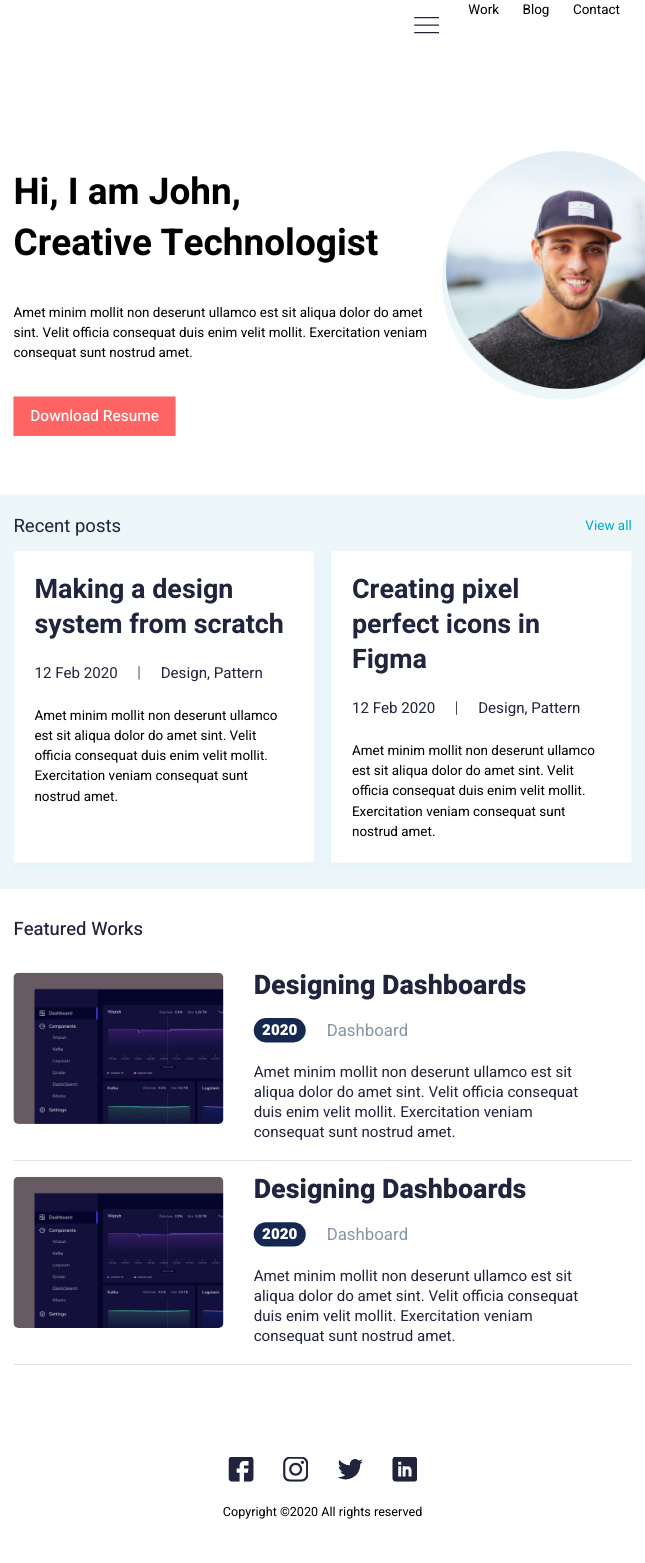
Repository: sharma171/portfolio
Page: /
The author's editor kept a copy of each file at every save. The page is drawn from the files as they stood at one save, then again after the next save.
The browser window is 768 px wide. The pictures show the whole page, at 84% of full size.
The project was rebuilt for these pictures with package versions that can differ from the ones it lists, and the page was loaded fresh each time. The framework's server and built-in components were replaced by stand-ins that run in the browser. Also part of the build but not shown: next.config.mjs.

Above is the page before, as saved 2024-06-02 23:13:44.

### src/app/layout.js

import "./globals.css";


export const metadata = {
  title: "Portfolio Website",
  description: "Blogging and projects site",
};

export default function RootLayout({ children }) {
  return (
    <html lang="en">
      <body>{children}</body>
    </html>
  );
}

### src/app/page.js
import "./page.css";
import Header from "../components/Header";
import Hero from "../components/Hero";
import HomeBlog from "../components/HomeBlog";
import Featured from "../components/Featuredworks";
import Footer from "../components/Footer"

export default function Home() {
  return (
    <main className="main">
      <Header />
      <Hero />
      <HomeBlog />
      <section className="featured-home">
        <div className="container">
          <div className="top-heading">
            <h3 className="head">
              Featured Works
            </h3>
          </div>
            <Featured/>
        </div>
      </section>
      <Footer />
    </main>
  );
}

### src/app/globals.css
@import url('https://fonts.googleapis.com/css2?family=Heebo:wght@100..900&display=swap');

:root {
  --max-width: 1180px;
  --border-radius: 12px;
  --font-mono: ui-monospace, Menlo, Monaco, "Cascadia Mono", "Segoe UI Mono",
    "Roboto Mono", "Oxygen Mono", "Ubuntu Monospace", "Source Code Pro",
    "Fira Mono", "Droid Sans Mono", "Courier New", monospace;
  --main-font: "Heebo", sans-serif;
  --weight--300: 300;
  --weight--400: 400;
  --weight--500: 500;
  --weight--600: 600;
  --weight--700: 700;
  --weight--800: 800;
  --weight--900: 900;
  --hero-button: #FF6464;
  --text-color: #21243D;
}

* {
  box-sizing: border-box;
  padding: 0;
  margin: 0;
}

html,
body {
  max-width: 100vw;
  overflow-x: hidden;
  font-family: var(--main-font);
}

a {
  color: inherit;
  text-decoration: none;
}
.container {
  max-width: var(--max-width);
  margin: 0 auto;
  padding: 0 1rem;
}
header {
  background: #fff;
}
header .header-logo {
  width: 1rem;
  height: auto;
}
.nav {
  display: flex;
  flex-direction: row;
  justify-content:space-between;
  max-width: 1280px;
  margin: 0 auto;
  padding: 0 1rem;
}
.navMenu {
  display: flex;
  flex-direction: row;
  align-items: center;
}
.navMenu .navLink {
  font-size: 1.25rem;
  font-weight: var(--weight--600);
  color: var(--primary-color);
  margin: 30px;
}
/* ------------------------ Footer ---------------------------------------- */
footer {
  background: #fff;
  padding: 50px 0;
}

footer .footer-inner {
  display: flex;
  flex-direction: column;
  justify-content: center;
  align-items: center;
  gap: 18px;
}
footer .social-row {
  display: flex;
  flex-direction: row;
  justify-content: space-between;
  align-items: center;
  gap: 35px;
}
footer .social-row .social .social-img {
  width: 30px;
  image: 30px;
}
footer .footer-inner .copyright {
  font-size: 15px;
}
.mob-menu {
  display: none;
}
@media (max-width: 991px) {
  .navMenu {
    display: none;
  }
  .mob-menu {
    display: flex;
    position: relative;
  }
  .mob-menu .hambmenu {
    margin: 20px;
  }
  .mob-menu .mob-list.active {
    position: absolute;
    top: 100%;
    right: -1rem;
    display: flex;
    flex-direction: column;
    padding: 6px 8px;
    box-shadow: -4px 0px 8px 0px #f1f1f196;
    gap: 8px;
    background: #f5f5f5;
  }
  .mob-menu .mob-list .moblink {
    padding: 4px 14px;
    background: #fff;
  }
}

### src/app/page.css
.main {
  display: flex;
  flex-direction: column;
  min-height: 100vh;
}
/* ----------------- hero section ----------------- */
.hero .hero-row {
  display: flex;
  flex-direction: row;
}
.hero .hero-lhs {
  width: 70%;
}
.hero .hero-lhs .hero-cta {
  display: flex;
  flex-direction: column;
  gap: 40px;
  margin-top: 140px;
  margin-bottom: 70px;
}
.hero .hero-lhs .hero-cta .main-head {
  font-size: 44px;
  line-height: 3.75rem;
  font-weight: 700;
}
.hero .hero-lhs .hero-cta .sub-head {
  font-size: 16px;
  line-height: 1.5rem;
  font-weight: 400;
  max-width: 500px;
}
.hero .hero-lhs .hero-cta .cta-button {
  padding: 14px 20px;
  font-size: 1.15rem;
  line-height: 19px;
  font-weight: 500;
  font-family: "Heebo", sans-serif;
  margin-right: auto;
  background: var(--hero-button);
  color: #fff;
  border: none;
}
.hero .hero-rhs {
  width: 30%;
  display: flex;
  justify-content: flex-start;
  align-items: center;
}
.hero .hero-rhs .hero-img {
  position: relative;
}
.hero .hero-rhs .hero-img .image {
  width: 283px;
  height: 283px;
  z-index: 1;

}
.hero .hero-rhs .hero-img::after {
  content: "";
  position: absolute;
  top: 13px;
  left: -5px;
  width: 283px;
  height: 283px;
  background: #EDF7FA;
  z-index: -1;
  border-radius: 300px;
}

/* -------------------------  Home Blog Section --------------------------------------- */

.home-blog {
  background: #EDF7FA;
}
.home-blog .blog-head {
  display: flex;
  flex-direction: row;
  justify-content: space-between;
  align-items: center;
  margin-top: 7px;
}
.home-blog .blog-head .heading {
  font-size: 22px;
  line-height: 60px;
  font-weight: 400;
  color: var(--text-color);
}
.home-blog .blog-head .more-link {
  font-size: 16px;
  font-weight: 400;
  color: #00A8CC;
}

/* ----------------------- Blog Carousel ----------------------------------------- */
.blog-carousel .blog-image {
  display: none;
}
.blog-carousel {
  display: flex;
  flex-direction:row;
  overflow: hidden;
  max-width: 100%;
  padding-bottom: 32px;
}
.blog-carousel .blog-item {
  background-color: #fff;
  box-shadow: #bbe1fa3d 0 4px 10px 0;
  padding: 25px;
  display: flex;
  flex-direction: column;
  gap: 25px;
}
.blog-carousel .blog-item:nth-child(odd){
  margin-right: 10px;
}
.blog-carousel .blog-item:nth-child(even) {
  margin-left: 10px;
}
.blog-carousel .blog-item .blog-item-head {
  /* margin-bottom: 17px; */
}
.blog-carousel .blog-item .blog-item-head .head {
  font-size: 32px;
  line-height: 1.3em;
  font-weight: 700;
  color: var(--text-color);
}
.blog-carousel .blog-info {
  display: flex;
  flex-direction: row;
  gap: 25px;
  /* margin-bottom: 11px; */
}
.blog-carousel .blog-info .divline {
  width: 1px;
  height: 15.799999999999958px;
  margin-top: 4px;
  background: var(--text-color);
}
.blog-carousel .blog-info .date {
  font-size: 18px;
  line-height: 26px;
  color: var(--text-color);
  font-weight: 400;
}
.blog-carousel .blog-info .author {
  font-size: 18px;
  line-height: 26px;
  color: var(--text-color);
  font-weight: 400;
}
.blog-carousel .blog-info .blog-para .para{
  font-size: 16px;
  line-height: 24px;
  color: var(--text-color);
  font-weight: 400;
}

/* ---------------------------- Featured Works -------------------------------------------------------------------- */

.featured-home {
  background: #fff;
}
.featured-home .top-heading {
  display: flex;
  flex-direction: row;
  justify-content: space-between;
  align-items: center;
  margin-top: 17px;
  margin-bottom: 22px;
}
.featured-home .top-heading .head {
  font-size: 22px;
  color: var(--text-color);
  line-height: 60px;
  font-weight: 500;
}
.workcards {
  display: flex;
  flex-direction: column;
  gap: 40px;
  padding-bottom: 80px;
}
.workcards .card-item {
  display: flex;
  flex-direction: row;
  position: relative;
}
.workcards .card-item::after{
  content: "";
  position: absolute;
  top: calc(100% + 20px);
  left: 0;
  width: 100%;
  height: 1px;
  background: #E0E0E0;
}
.workcards .card-item .card-thumb {
  width: 250px;
  height: 180px;
  margin-right: 18px;
}
.workcards .card-item .card-thumb .thumb-img {
  width: 250px;
  height: 180px;
  object-fit: cover;
  border-radius:6px;
}
.workcards .card-item .card-info {
  display: flex;
  flex-direction: column;
  margin-left: 18px;
  gap: 24px;
}
.workcards .card-item .card-info .heading {
  font-size: 32px;
  font-weight: 800;
  line-height: 30px;
  color: var(--text-color);
}
.workcards .card-item .card-info .info-row {
  display: flex;
  flex-direction: row;
  gap: 25px;
}
.workcards .card-item .card-info .info-row .date {
  font-size: 18px;
  line-height: 17px;
  font-weight: 900;
  padding: 6px 10px 5px 10px;
  border-radius: 16px;
  color: #fff;
  background: #142850;
}
.workcards .card-item .card-info .info-row .topic {
  font-size: 20px;
  color: #8695A4;
}
.workcards .card-item .card-info .info-para {
  font-size: 18px;
  line-height: 24px;
  color: #21243D;
  font-weight: 400;
  width: 90%;
}
/* ------------------------------ Category Pages -------------- */
.work-category .container {
  max-width: 900px;
}
.blog-category .container {
  max-width: 900px;
}
.cat-head {
  padding-top: 80px;
  padding-bottom: 25px;
}
.cat-head h3 {
  font-size: 44px;
  line-height: 60px;
  font-weight: 700;
}
.blog-cards {
  display: flex;
  flex-direction: column;
  gap: 60px;
  padding-bottom: 80px;
}
.blog-cards .card-item {
  display: flex;
  flex-direction: column;
  gap: 10px;
  position: relative;
}
.blog-cards .card-item::after {
  content: "";
  position: absolute;
  top: calc(100% + 30px);
  left: 0;
  width: 100%;
  height: 1px;
  background: #E0E0E0;
}
.blog-cards .card-item .info-row .width-div {
  width: 1px;
  height: 15.799999999999958px;
  margin-top: 4px;
  background: var(--text-color);
}
.blog-cards .card-item .heading {
  font-size: 30px;
  font-weight: 600;
  line-height: 44px;
  color: var(--text-color);
}
.blog-cards .card-item .info-row {
  display: flex;
  flex-direction: row;
  gap: 20px;
}
.blog-cards .card-item .info-row .date {
  font-size: 20px;
  line-height: 29px;
  color: var(--text-color);
  font-weight: 400;
}
.blog-cards .card-item .info-row .topic {
  font-size: 20px;
  line-height: 29px;
  color: #8695A4;
  font-weight: 400;
}
.blog-cards .card-item .info-para {
  font-size: 16px;
  line-height: 24px;
  color: var(--text-color);
}
/* --------------------------- Detailed Page ------------------------------------------------------------- */
.detailed .container {
  max-width: 1000px;
}
.detailed .detailed-inner {
  display: flex;
  flex-direction: column;
  gap: 30px;
  padding-top: 50px;
  padding-bottom: 30px;
}
.detailed .detailed-inner h1.main-heading {
  font-size: 34px;
  line-height: 50px;
  font-weight: 800;
  color: var(--text-color);
}
.detailed .detailed-inner .det-row {
  display: flex;
  flex-direction: row;
  gap: 20px;
}
.detailed .detailed-inner .det-row .date {
  font-size: 18px;
  font-weight: 800;
  padding: 7px 12px 4px 12px;
  color: #fff;
  line-height: 17px;
  background: #FF7C7C;
  border-radius: 50px;
}
.detailed .detailed-inner .det-row .topic {
  font-size: 20px;
  line-height: 29px;
  font-weight: 400;
  color: var(--text-color);
}
.detailed .detailed-inner h2.subheading {
  font-size: 16px;
  line-height: 24px;
  color: #000;
  font-weight: 400;
}
.detailed .detailed-inner .full-w-thumb {
  width: 100%;
  height:auto;
  aspect-ratio: 680/460;
  object-fit: cover;
}
.detailed .detailed-inner h1 {
  font-size:30px;
  line-height: 45px;
  color: var(--text-color);
  font-weight: 700;
}
.detailed .detailed-inner h2 {
  font-size: 24;
  line-height: 30px;
  color: var(--text-color);
  font-weight: 600;
}

### src/components/Header.jsx
import React from "react";
import "../app/globals.css";
import Hambmenu from "../../public/hamb-menu.svg"
import Image from "next/image";

const navLink = [
    {
        name: "Work",
        link: "/"
    },
    {
        name: "Blog",
        link: "/blog"
    },
    {
        name: "Contact",
        link: "/contact"
    },
]

const Header = () => {
    return(
        <header>
            <nav className="nav">
                <a href="/">

                </a>
                <div className="navMenu">
                    {navLink.map((item, index) => (
                        <a href={item.link} className="navLink" key={index}>{item.name}</a>
                    ))}
                </div>
                <div className="mob-menu">
                    <Image src={Hambmenu} alt="hambmenu" className="hambmenu" />
                    <div className="mob-list ">
                        {navLink.map((item, index) => (
                            <a href={item.link} className="moblink" key={index}>{item.name}</a>
                        ))}
                    </div>
                </div>
            </nav>
        </header>
    )
}

export default Header;

### src/components/hero.jsx
import React from "react";
import Image from 'next/image';
import HeroImg from "../../public/hero-img.png"

const Hero = () => {
    return (
        <>
        <section className="hero">
            <div className="container">
                <div className="hero-row">
                    <div className="hero-lhs">
                        <div className="hero-cta">
                            <h1 className="main-head">
                            Hi, I am John,<br></br>Creative Technologist
                            </h1>
                            <p className="sub-head">
                            Amet minim mollit non deserunt ullamco est sit aliqua dolor do amet sint. Velit officia consequat duis enim velit mollit. Exercitation veniam consequat sunt nostrud amet.
                            </p>
                            <button className="cta-button">Download Resume</button>
                        </div>
                    </div>
                    <div className="hero-rhs">
                        <div className="hero-img">
                            <Image
                                src={HeroImg} // Path to your image
                                alt="hero"
                                width={243}
                                height={243}
                                className="image"
                            />
                        </div>
                    </div>
                </div>
            </div>
        </section>
        </>
    )
}
export default Hero

### src/components/HomeBlog.jsx
import React from "react";

const carItem = [
  {
    title: "Making a design system from scratch",
    date: "12 Feb 2020",
    author: "Design, Pattern",
    shortDescription: "Amet minim mollit non deserunt ullamco est sit aliqua dolor do amet sint. Velit officia consequat duis enim velit mollit. Exercitation veniam consequat sunt nostrud amet.",
    thumbnailImage: "", // Consider adding a valid image URL here
  },
  {
    title: "Creating pixel perfect icons in Figma",
    date: "12 Feb 2020",
    author: "Design, Pattern",
    shortDescription: "Amet minim mollit non deserunt ullamco est sit aliqua dolor do amet sint. Velit officia consequat duis enim velit mollit. Exercitation veniam consequat sunt nostrud amet.",
    thumbnailImage: "", // Consider adding a valid image URL here
  },
];

const HomeBlog = () => {
  return (
    <section className="home-blog">
      <div className="container">
        <div className="blog-head">
          <h3 className="heading">Recent posts</h3>
          <a href="" className="more-link">View all</a>
        </div>
        <div className="blog-carousel">
          {carItem.map((item, index) => (
            <div key={index} className={`blog-item ${index}`}>
              <div className="blog-item-head">
                <h3 className="head">{item.title}</h3>
              </div>
              <div className="blog-info">
                <span className="date">{item.date}</span>
                <div className="divline"></div>
                <span className="author">{item.author}</span>
              </div>
              <div className="blog-para">
                <p className="para">{item.shortDescription}</p>
              </div>
              {item.thumbnailImage && (
                <div className="blog-image">
                  <img src={item.thumbnailImage} alt={item.title} />
                </div>
              )}
            </div>
          ))}
        </div>
      </div>
    </section>
  );
};

export default HomeBlog;

### src/components/Featuredworks.jsx
import React from "react";
import Image from "next/image"

import ThumbImg from "../../public/work/work1.jpg"

const FeaturedWorks = () => {
    return(
        <>
        <div className="workcards">
            <div className="card-item">
                <div className="card-thumb">
                    <Image src={ThumbImg} alt="thumbnail" className="thumb-img" />
                </div>
                <div className="card-info">
                    <h3 className="heading">Designing Dashboards</h3>
                    <div className="info-row">
                        <span className="date">2020</span>
                        <span className="topic">Dashboard</span>
                    </div>
                    <p className="info-para">
                        Amet minim mollit non deserunt ullamco est sit aliqua dolor do amet sint. Velit officia consequat duis enim velit mollit. Exercitation veniam consequat sunt nostrud amet.
                    </p>
                </div>
            </div>
            <div className="card-item">
                <div className="card-thumb">
                    <Image src={ThumbImg} alt="thumbnail" className="thumb-img" />
                </div>
                <div className="card-info">
                    <h3 className="heading">Designing Dashboards</h3>
                    <div className="info-row">
                        <span className="date">2020</span>
                        <span className="topic">Dashboard</span>
                    </div>
                    <p className="info-para">
                        Amet minim mollit non deserunt ullamco est sit aliqua dolor do amet sint. Velit officia consequat duis enim velit mollit. Exercitation veniam consequat sunt nostrud amet.
                    </p>
                </div>
            </div>
        </div>
        </>
    )
}
export default FeaturedWorks;

### src/components/Footer.jsx
import React from "react";

import Image from "next/image"

import FacebookIcon from "../../public/social/facebook.svg"
import InstagramIcon from "../../public/social/instagram.svg"
import TwitterIcon from "../../public/social/twitter.svg"
import LinkedinIcon from "../../public/social/Linkedin.svg"

const Footer = () => {
    return(
        <>
        <footer>
            <div className="container">
                <div className="footer-inner">
                    <div className="social-row">
                        <a href="" className="social">
                            <Image src={FacebookIcon} alt="icon" className="social-img" />
                        </a>
                        <a href="" className="social">
                            <Image src={InstagramIcon} alt="icon" className="social-img" />
                        </a>
                        <a href="" className="social">
                            <Image src={TwitterIcon} alt="icon" className="social-img" />
                        </a>
                        <a href="" className="social">
                            <Image src={LinkedinIcon} alt="icon" className="social-img" />
                        </a>
                    </div>
                    <span className="copyright">
                        Copyright ©2020 All rights reserved
                    </span>
                </div>
            </div>
        </footer>
        </>
    )
};
export default Footer;

After the next save:
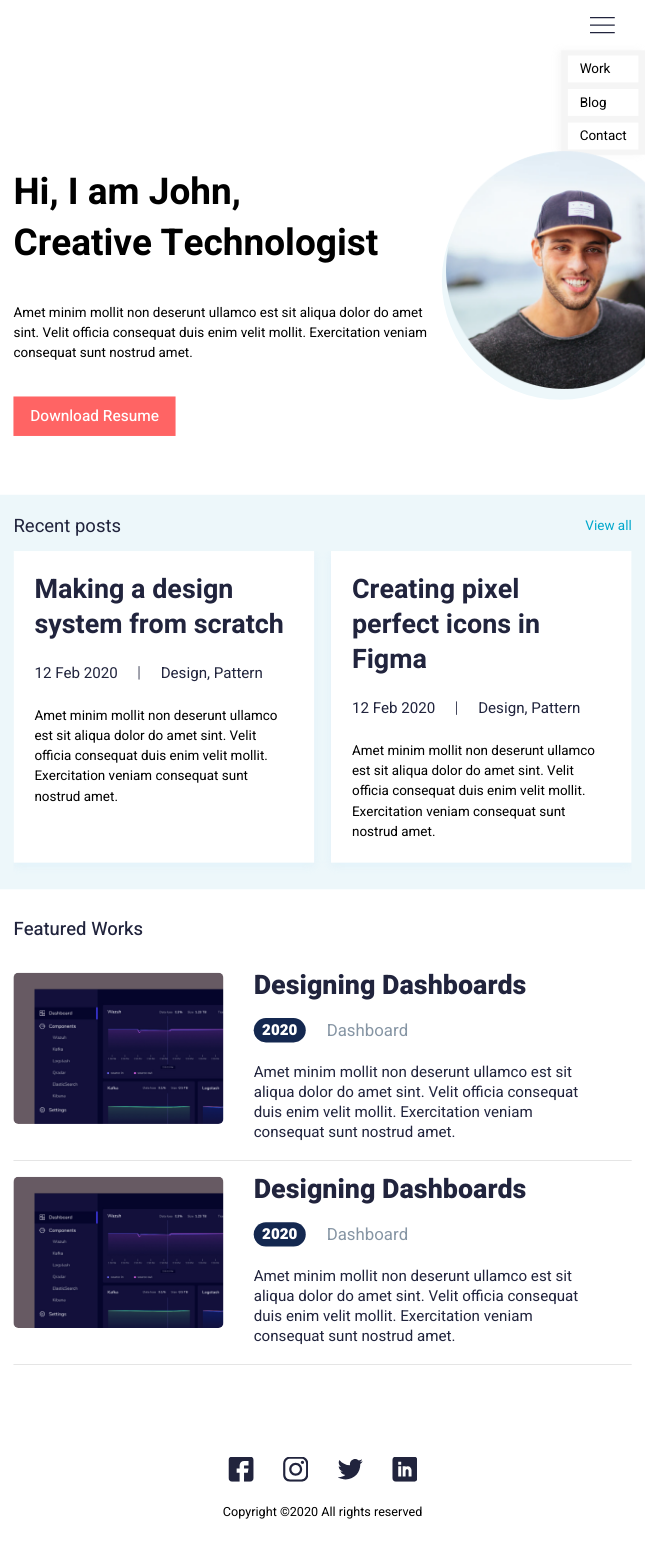
Saved 20 s later.
--- a/src/app/globals.css
+++ b/src/app/globals.css
@@ -118,6 +118,17 @@ footer .footer-inner .copyright {
     gap: 8px;
     background: #f5f5f5;
   }
+  .mob-menu .mob-list {
+    position: absolute;
+    top: 100%;
+    right: -1rem;
+    display: flex;
+    flex-direction: column;
+    padding: 6px 8px;
+    box-shadow: -4px 0px 8px 0px #f1f1f196;
+    gap: 8px;
+    background: #f5f5f5;
+  }
   .mob-menu .mob-list .moblink {
     padding: 4px 14px;
     background: #fff;
